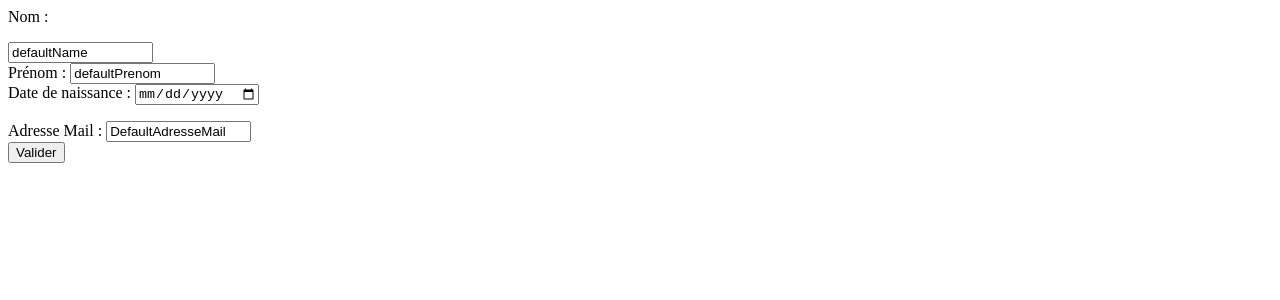
Repository: mikafouenski/JEE
Page: http://localhost/Myapp/edition.jsp
An editor plug-in stored every save of this project. The page is shown before and after the next save, followed by the edit.
The browser window is 1280 px wide. The pictures show the whole page.
The page is served by Tomcat 9.

Above is the page before, as saved 2017-10-11 14:21:02.

After the next save:
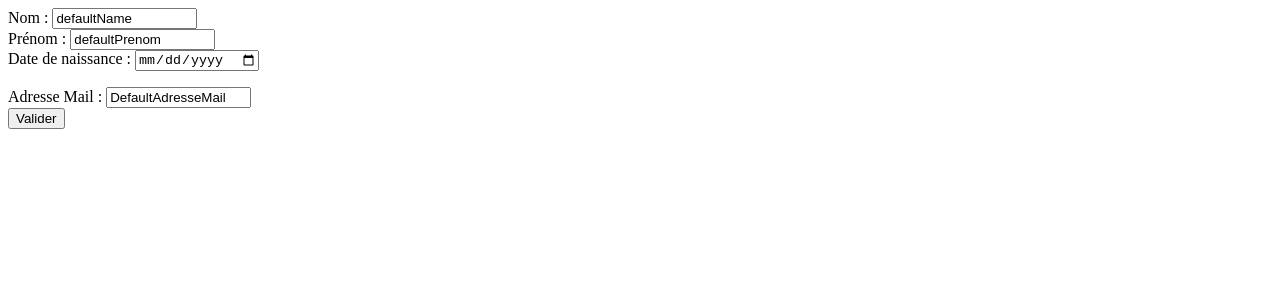
Saved 76 s later.
--- a/Myapp/WebContent/edition.jsp
+++ b/Myapp/WebContent/edition.jsp
@@ -14,8 +14,8 @@
 
 <form action="Edition" method="POST">
 
+  <p><jsp:getProperty name="excep" property="nomValide"/></p>
   <label>Nom : </label>
-  <p><jsp:getProperty name="excep" property="nomValide"/></p>
   <input type="text" name="nom" size="15" value=<jsp:getProperty name="person" property="nom"/>><br/>
 
   <label>Prénom : </label>
